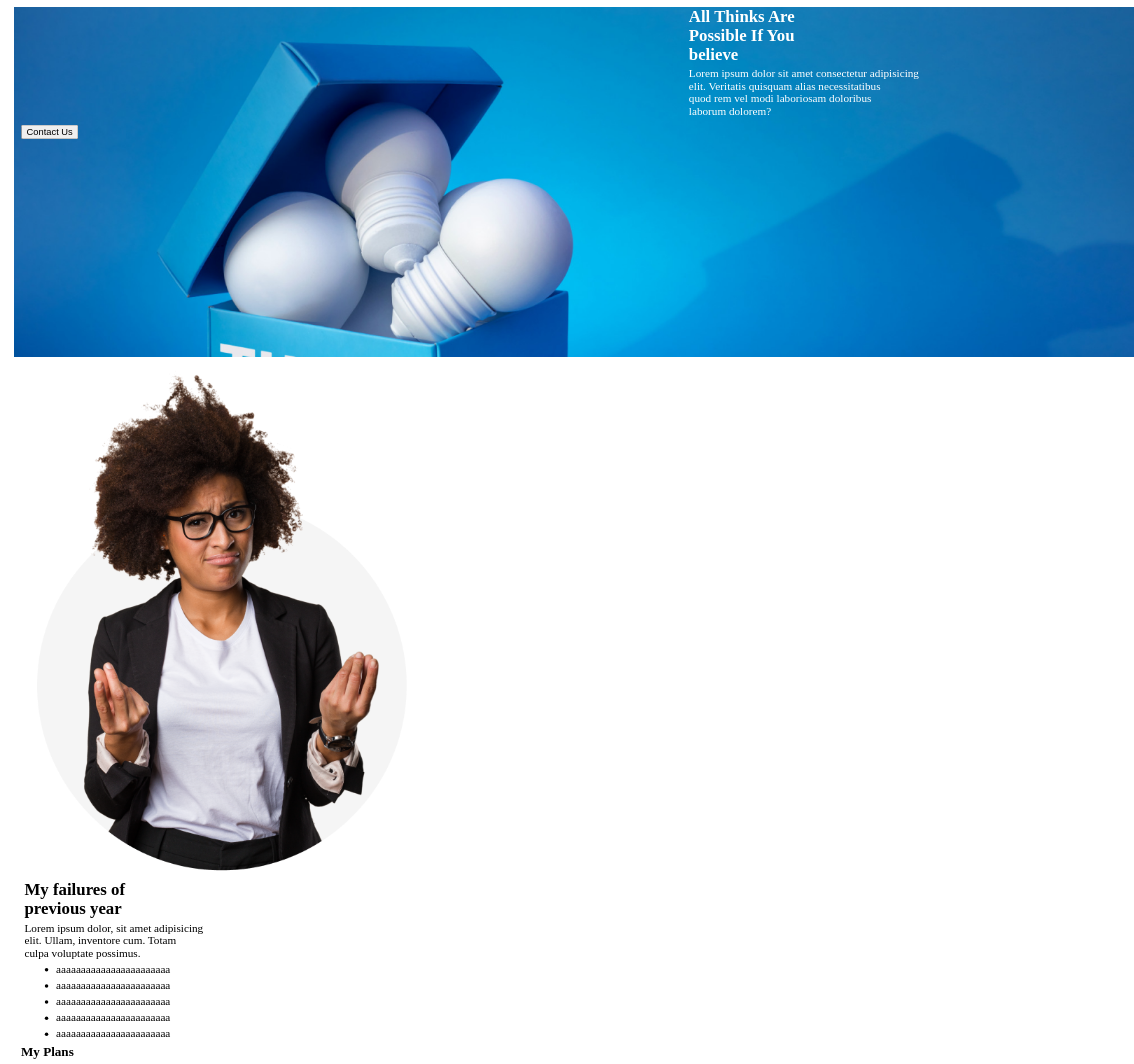
Repository: sadiaafsana138/All-Thinks-Are-Possible-Website
Page: index.html
The author's editor kept a copy of each file at every save. The page is drawn from the files as they stood at one save, then again after the next save.
The browser window is 1280 px wide. The page is 1620 px wide, so the pictures cover 1620 px, including what lies to the right of the window. The pictures show the part of the page from y = 0 to 1520 px (the page is 3408 px tall), at 70% of full size.
Backgrounds fixed to the window are drawn as part of the page.

Above is the page before, as saved 2023-01-07 18:58:18.

After the next save:
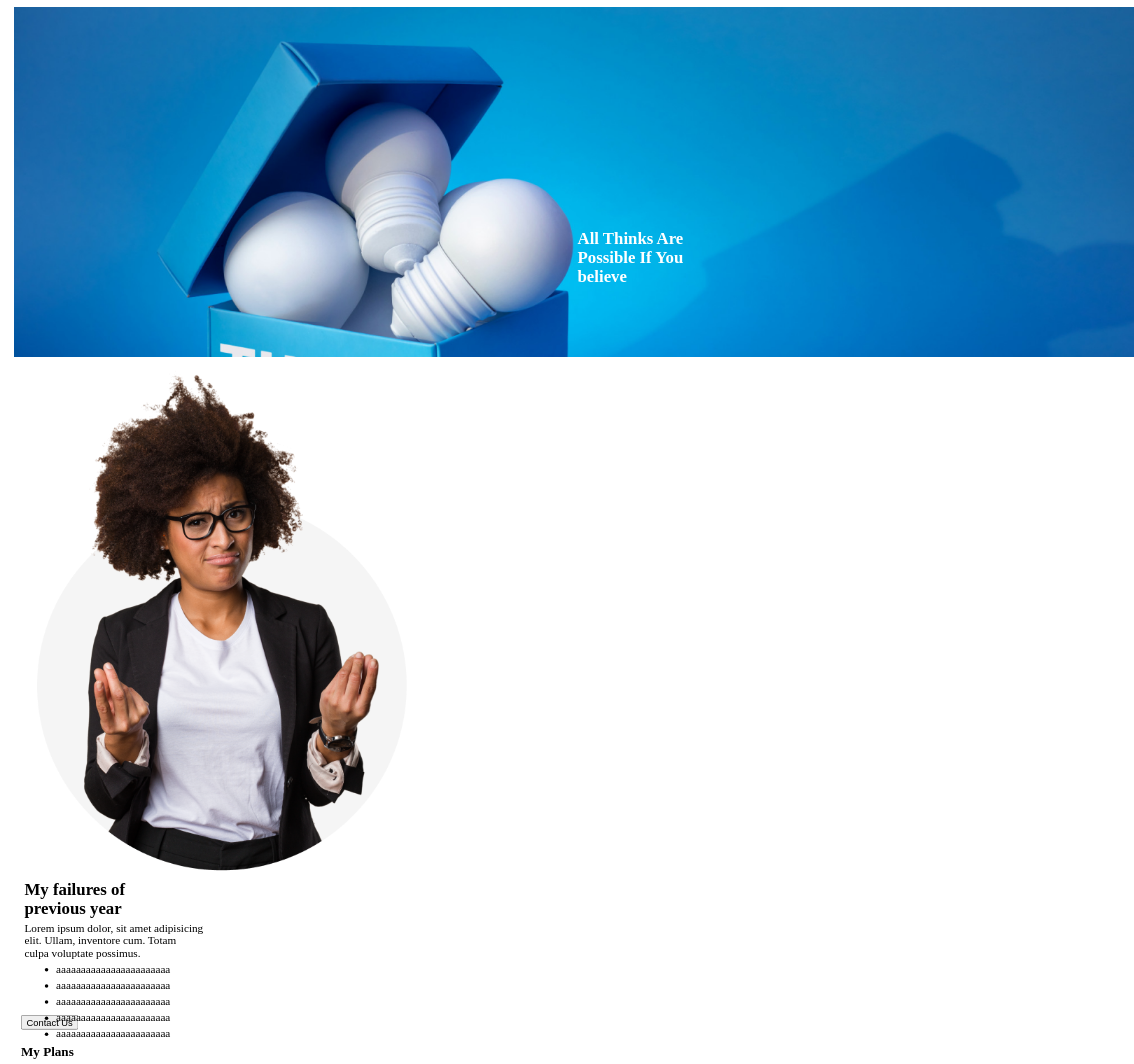
Saved 102 s later.
--- a/styles/web.css
+++ b/styles/web.css
@@ -11,6 +11,9 @@ margin: 5px 5px ;
 }
 .head-text{
     color: white;
-    padding-left: 60% ;
+    padding-left: 50% ;
+    padding-right:5%;
+    padding-top: 20%;
+    padding-bottom:20%;
 
 }
